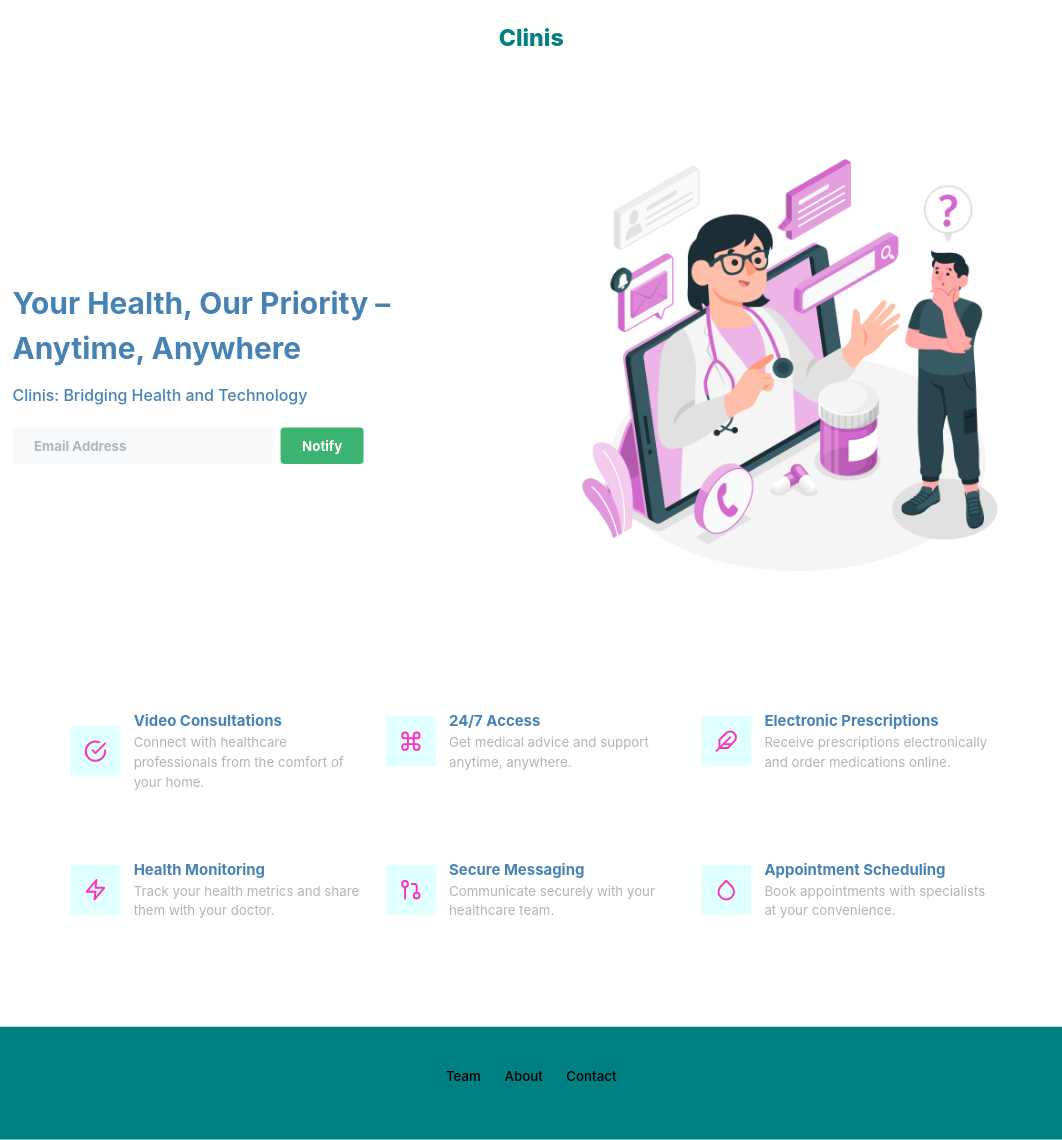
Repository: Rupak09/demo1
Page: index.html
An editor plug-in stored every save of this project. The page is shown before and after the next save, followed by the edit.
The browser window is 1280 px wide. The pictures show the whole page, at 83% of full size.
Some web fonts or font styles are not loaded; a fallback is used. Some web libraries are served in a nearby version.

Above is the page before, as saved 2024-12-28 14:30:32.

After the next save:
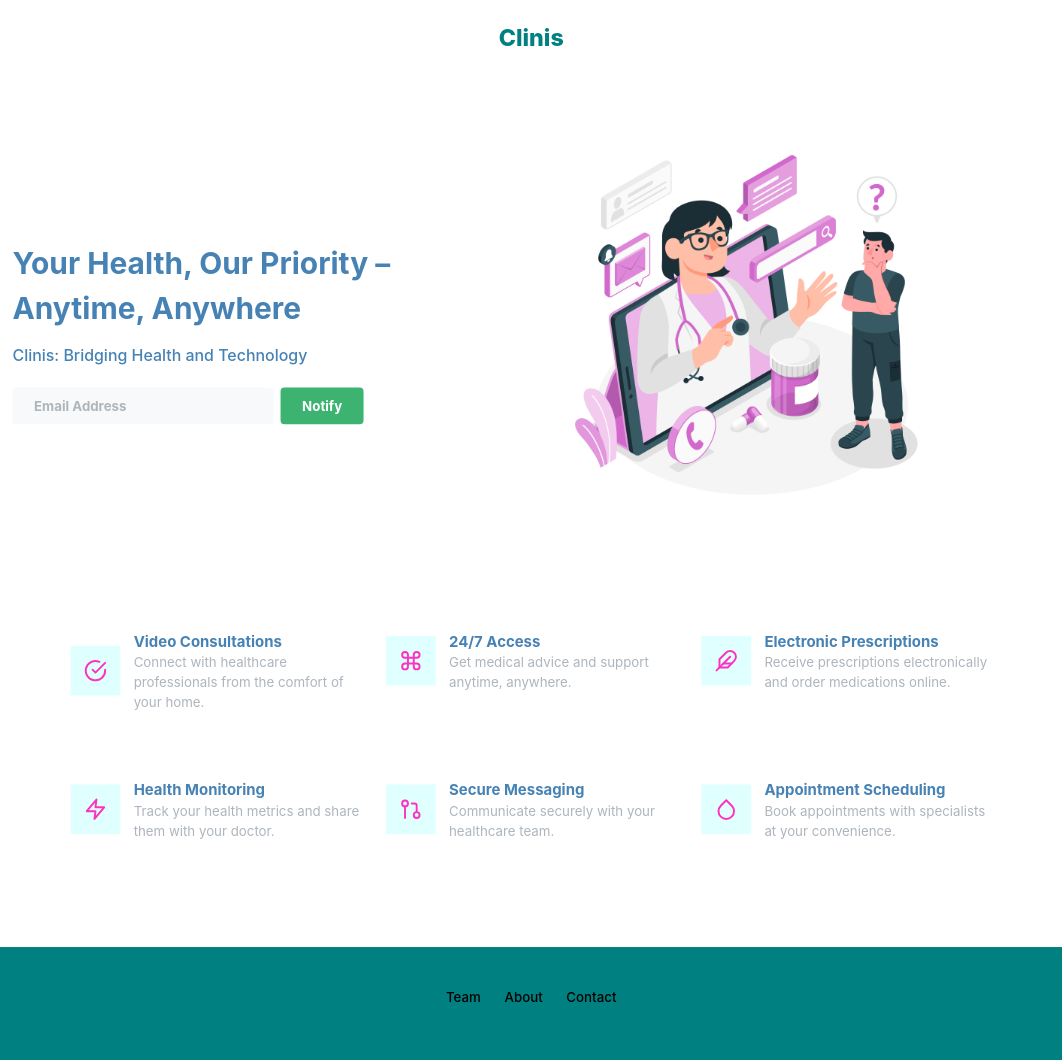
Saved 40 s later.
--- a/index.html
+++ b/index.html
@@ -89,7 +89,7 @@
                     <button type="submit" class="btn btn-primary">Notify</button>
                 </form>
             </div>
-            <div class="col-md-6 order-1 order-md-2">
+            <div class="col-md-5 order-1 order-md-2">
                 <img alt="Mockup" class="img-fluid mx-auto d-block" src="img/mockup.jpg" style="max-width: 90%;">
             </div>
         </div>
